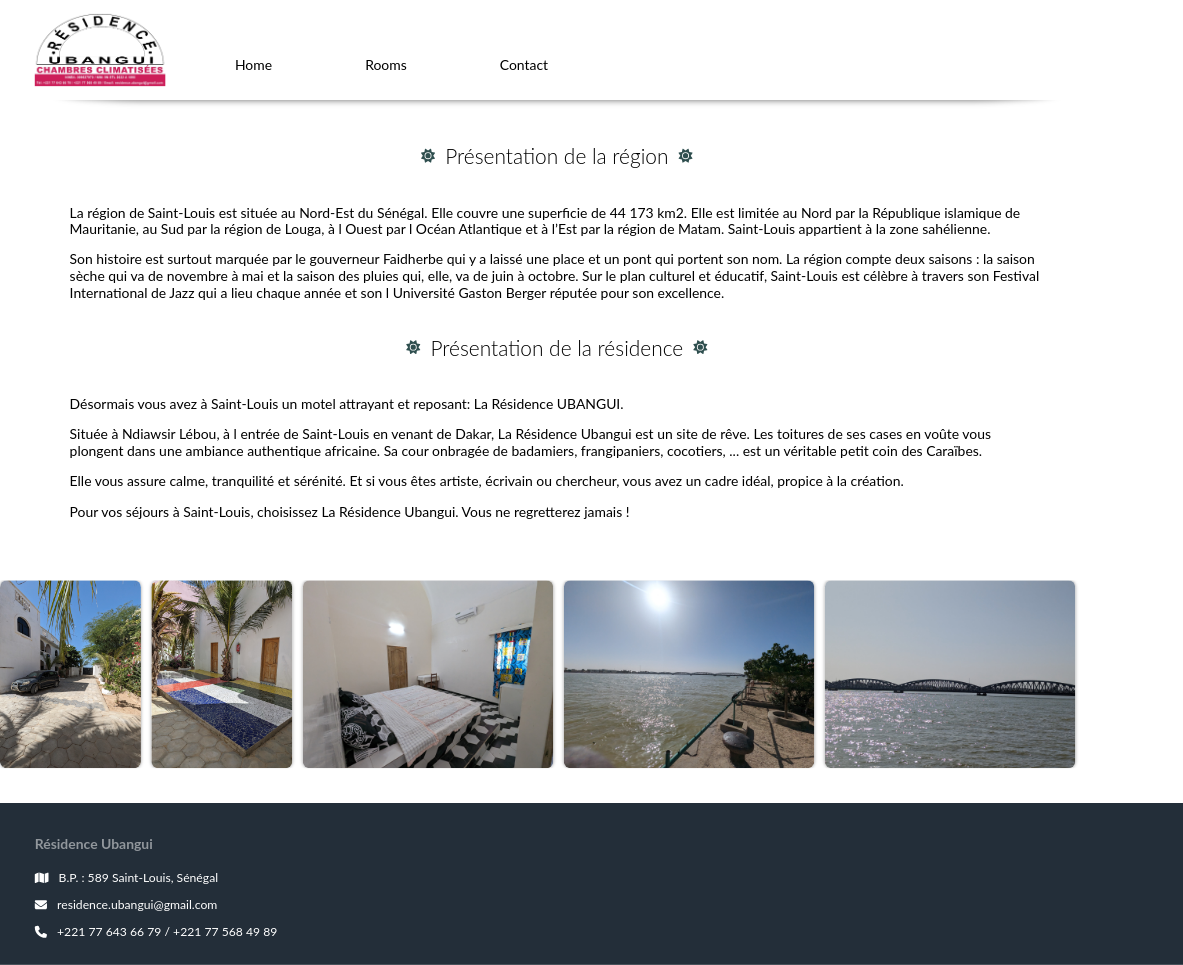
Repository: Nedjim/ubangui
Page: /
The author's editor kept a copy of each file at every save. The page is drawn from the files as they stood at one save, then again after the next save.
The browser window is 1280 px wide. The page is 1360 px wide, so the pictures cover 1360 px, including what lies to the right of the window. The pictures show the whole page, at 87% of full size.
The project was rebuilt for these pictures with package versions that can differ from the ones it lists, and the page was loaded fresh each time. The framework's server and built-in components were replaced by stand-ins that run in the browser. Also part of the build but not shown: nuxt.config.ts, components/Test.vue, components/Title.vue.

Above is the page before, as saved 2024-01-12 16:12:24.

### components/Carousel.vue
<template>
     <div class="carousel">
      <img src="~/assets/img/home-1.jpg" alt="home-1" />
      <img src="~/assets/img/home-2.jpg" alt="home-2" />
      <img src="~/assets/img/room-1.jpg" alt="room-1" />
      <img src="~/assets/img/landscape.jpg" alt="landscape" />
      <img src="~/assets/img/landscape-2.jpg" alt="landscape-2" />
    </div>
</template>


<style scoped lang="scss">
.carousel {
  display: flex;
  overflow: hidden;
  height: 30vh;
  gap: 12px;
  margin-bottom: 12px;

  img {
    border-radius: 8px;
    box-shadow: 0 0 4px 0 rgba(0,0,0,.4);
  }
}
</style>

### components/Footer.vue
<script setup lang="ts">
const address = "B.P. : 589 Saint-Louis, Sénégal";
const mail = "residence.ubangui@gmail.com";
const phone_number = "+221 77 643 66 79 / +221 77 568 49 89";
</script>

<template>
  <div>
    <footer>
      <h4>Résidence Ubangui</h4>

      <div class="contact">
        <p>
          <font-awesome-icon class="icon" icon="fa-solid fa-map" />
          {{ address }}
        </p>
        <p>
          <font-awesome-icon class="icon" icon="fa-solid fa-envelope" />

          {{ mail }}
        </p>
        <p>
          <font-awesome-icon class="icon" icon="fa-solid fa-phone" />
          {{ phone_number }}
        </p>
      </div>
    </footer>
  </div>
</template>

<style scoped lang="scss">
footer {
  width: 100%;
  padding: 16px 40px;
  margin-top: 40px;
  background: #232e39;
  color: rgba(255, 255, 255, 0.5);

  .contact {
    color: white;
    font-size: 14px;

    .icon {
      margin-right: 8px;
    }
  }
}
</style>

### components/Header.vue
<template>
  <header>
    <nav>
      <img class="logo" src="~/assets/img/logo.jpg" alt="logo-ubangui" />
      <ul>
        <li><NuxtLink to="/home">Home</NuxtLink></li>
        <li><NuxtLink to="/rooms">Rooms</NuxtLink></li>
        <li><NuxtLink to="/contact">Contact</NuxtLink></li>
      </ul>
    </nav>
  </header>
</template>

<style scoped lang="scss">
.logo {
  width: 150px;
}

header {
  padding: 16px 40px;
}

nav {
  display: flex;
  ul {
    width: 30%;
    display: flex;
    justify-content: space-between;
    align-items: flex-end;
    margin-left: 40px;
    li {
      list-style-type: none;
      a {
        text-decoration: none;
        color: black;
      }
    }
  }
}
</style>

### components/PageTitle.vue
<script setup lang="ts">
const {title} = defineProps<{
  title: string
}>()
</script>

<template>
  <div class="title-wrapper">
    <font-awesome-icon class="icon" icon="fa-solid fa-sun" />
    <h2>{{ title }}</h2>
    <font-awesome-icon class="icon" icon="fa-solid fa-sun" />
  </div>
</template>

<style scoped lang="scss">

.title-wrapper {
  display: flex;
  justify-content: center;
  align-items: center;

  h2 {
    margin: 0 12px;
  }
}
.icon {
  color: darkslategray;
}
</style>

### components/Separator.vue
<template>
    <div>
        <div class="separator"></div>
    </div>
</template>

<style scoped lang="scss">
.separator {
  overflow: hidden;
  height: 20px;
}

.separator:after {
  content: '';
  display: block;
  width: 90%;
  height: 30px;
  margin: -30px auto 0;
  border-radius: 120px / 10px;
  box-shadow: 0px 0px 8px rgba(0,0,0,.6);
}
</style>

### plugins/fontawesome.js
import { library, config } from '@fortawesome/fontawesome-svg-core'
import { FontAwesomeIcon } from '@fortawesome/vue-fontawesome'
import { fas } from '@fortawesome/free-solid-svg-icons'

// This is important, we are going to let Nuxt worry about the CSS
config.autoAddCss = false

// You can add your icons directly in this plugin. See other examples for how you
// can add other styles or just individual icons.
library.add(fas)

export default defineNuxtPlugin((nuxtApp) => {
  nuxtApp.vueApp.component('font-awesome-icon', FontAwesomeIcon, {})
})

### app.vue
<script setup lang="ts">
useHead({
  title: "Residence Ubangui",
  meta: [{ name: "Residence Ubangui", content: "Sénégal" }],
  bodyAttrs: {
    class: "test",
  },
});
</script>
<template>
  <div>
    <Header />
    <Separator />
    <NuxtPage />
    <Footer />
  </div>
</template>

<style lang="scss">
body {
  font-family: Lato,sans-serif;
  margin: 0;

  h2 {
    font-weight: 300;
  }
}
</style>

### pages/index.vue
<script setup lang="ts">
const region_intro =
  "La région de Saint-Louis est située au Nord-Est du Sénégal. Elle couvre une superficie de 44 173 km2. Elle est limitée au Nord par la République islamique de Mauritanie, au Sud par la région de Louga, à l Ouest par l Océan Atlantique et à l’Est par la région de Matam. Saint-Louis appartient à la zone sahélienne.";
const region_paragraph1 =
  "Son histoire est surtout marquée par le gouverneur Faidherbe qui y a laissé une place et un pont qui portent son nom. La région compte deux saisons : la saison sèche qui va de novembre à mai et la saison des pluies qui, elle, va de juin à octobre. Sur le plan culturel et éducatif, Saint-Louis est célèbre à travers son Festival International de Jazz qui a lieu chaque année et son l Université Gaston Berger réputée pour son excellence.";

const residence_intro =
  "Désormais vous avez à Saint-Louis un motel attrayant et reposant: La Résidence UBANGUI.";
const residence_paragraph1 =
  "Située à Ndiawsir Lébou, à l entrée de Saint-Louis en venant de Dakar, La Résidence Ubangui est un site de rêve. Les toitures de ses cases en voûte vous plongent dans une ambiance authentique africaine. Sa cour onbragée de badamiers, frangipaniers, cocotiers, ... est un véritable petit coin des Caraïbes.";
const residence_paragraph2 =
  "Elle vous assure calme, tranquilité et sérénité. Et si vous êtes artiste, écrivain ou chercheur, vous avez un cadre idéal, propice à la création.";
const residence_paragraph3 =
  "Pour vos séjours à Saint-Louis, choisissez La Résidence Ubangui. Vous ne regretterez jamais !";
</script>

<template>
  <div>
    <div class="wrapper">
      <div>
        <PageTitle title="Présentation de la région" />
        <div class="content">
          <p>{{ region_intro }}</p>
          <p>{{ region_paragraph1 }}</p>
        </div>
      </div>

      <div>
        <PageTitle title="Présentation de la résidence" />
        <div class="content">
          <p>{{ residence_intro }}</p>
          <p>{{ residence_paragraph1 }}</p>
          <p>{{ residence_paragraph2 }}</p>
          <p>{{ residence_paragraph3 }}</p>
        </div>
      </div>
    </div>
    <div class="carouselWrapper">
      <Carousel />
    </div>
  </div>
</template>

<style scoped lang="scss">
.wrapper {
  padding: 30px 80px;

  .content {
    margin: 40px 0;
  }
  .icon {
    color: darkslategray;
  }
  .carouselWrapper {
    margin-bottom: 4px;
  }
}
</style>

After the next save:
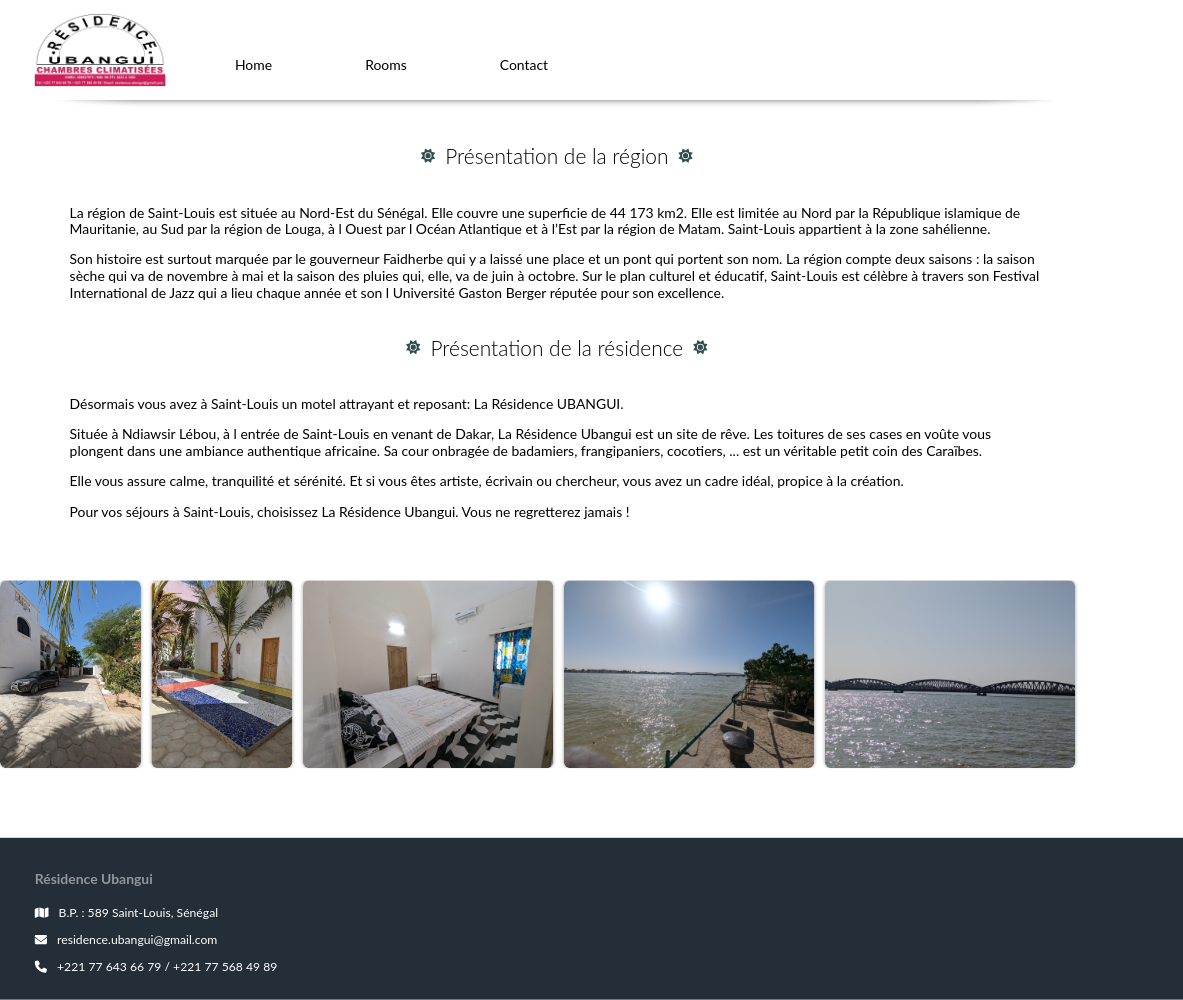
Saved 23 s later.
--- a/components/Footer.vue
+++ b/components/Footer.vue
@@ -32,7 +32,7 @@
 footer {
   width: 100%;
   padding: 16px 40px;
-  margin-top: 40px;
+  margin-top: 80px;
   background: #232e39;
   color: rgba(255, 255, 255, 0.5);
 
